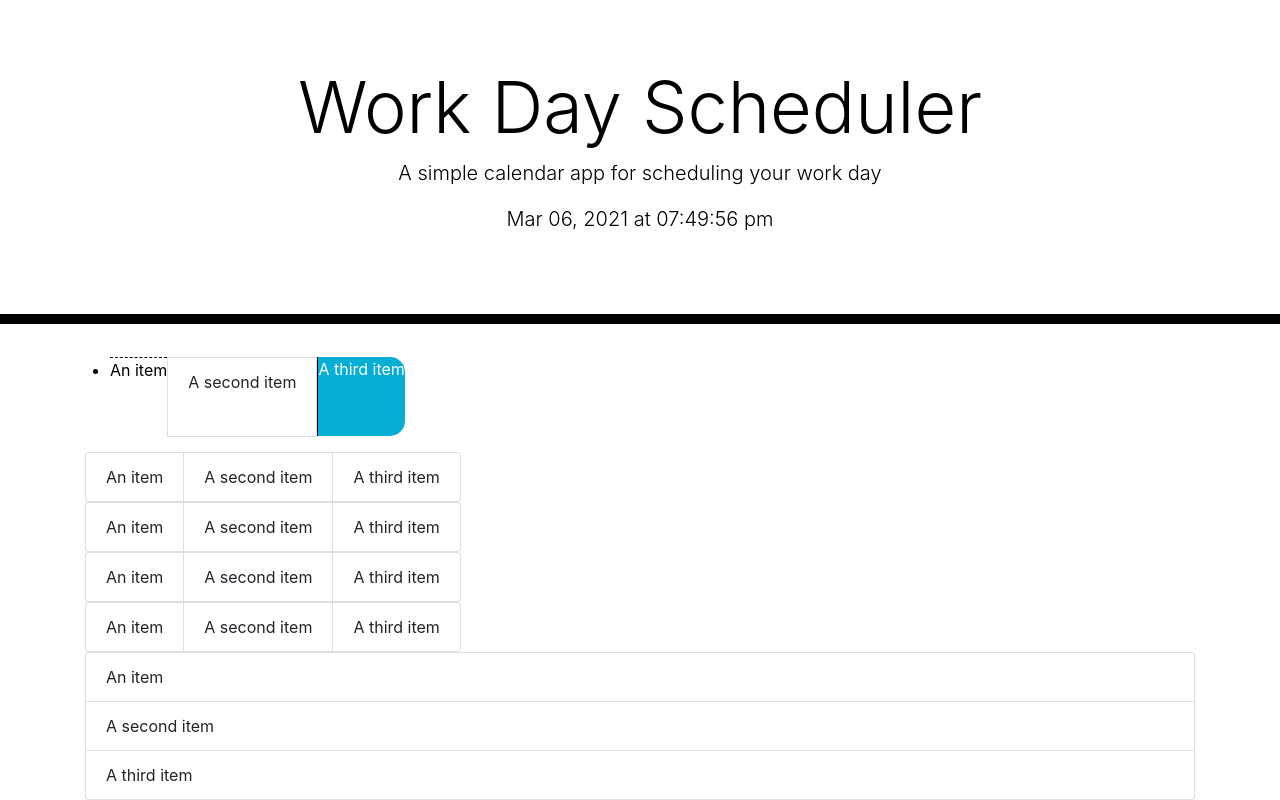
Repository: ziffoit/Work-Day_Scheduler
Page: Develop/index.html
An editor plug-in stored every save of this project. The page is shown before and after the next save, followed by the edit.
The browser window is 1280 px wide. The pictures show the whole page.
Some web libraries are served in a nearby version.

Above is the page before, as saved 2021-03-16 17:57:01.

After the next save:
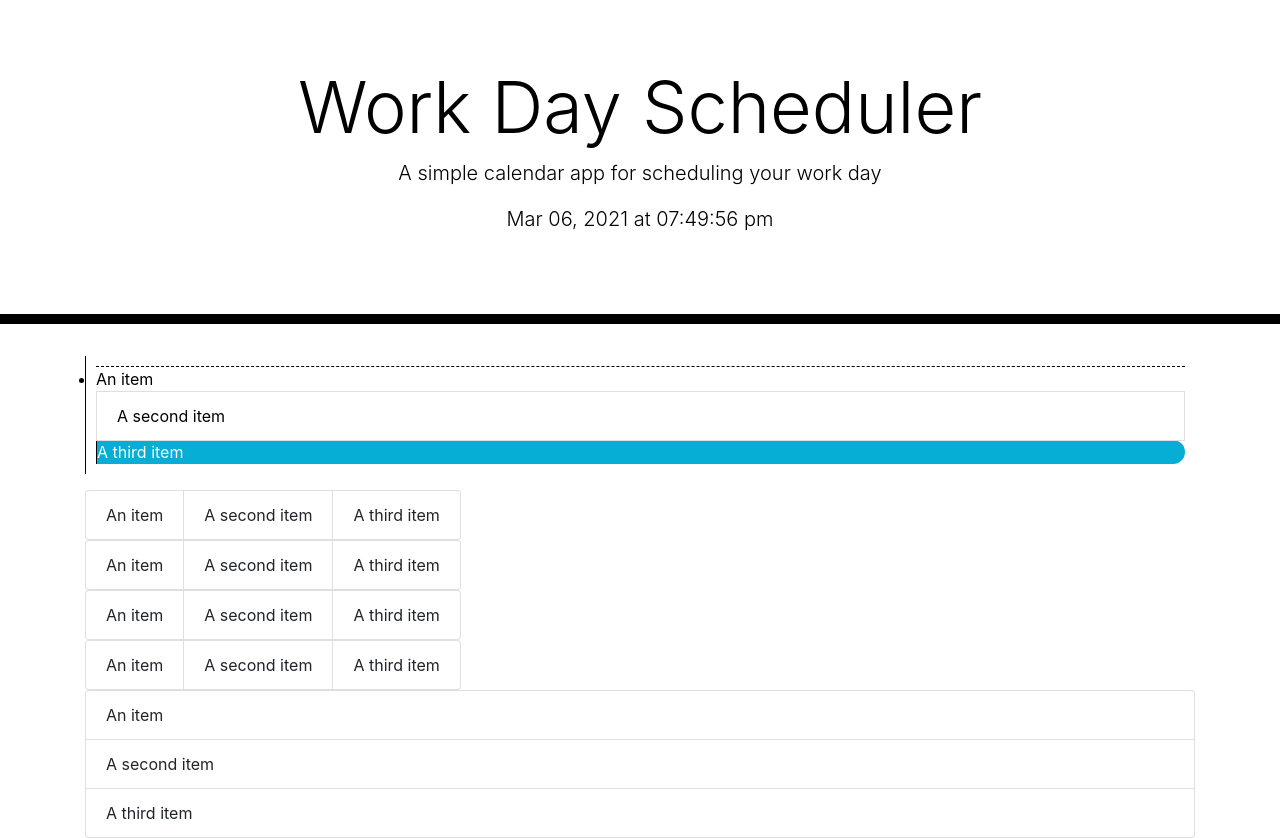
Saved 4 s later.
--- a/Develop/index.html
+++ b/Develop/index.html
@@ -29,7 +29,7 @@
       <p id="currentDay" class="lead"></p>
     </header>
     <div class="container">
-      <ul class="description time-block row">
+      <ul class="textarea">
         <li class="hour">An item</li>
         <li class="list-group-item">A second item</li>
         <li class="saveBtn">A third item</li>
